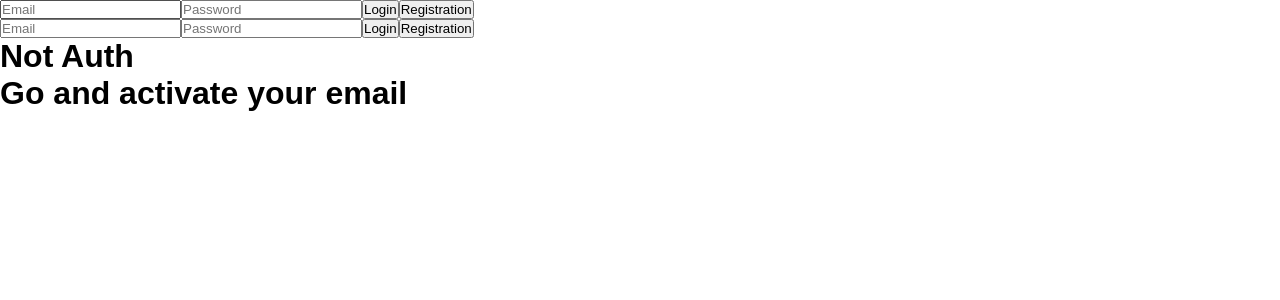
Repository: nika-otter/2048
Page: /login (app in client/)
The author's editor kept a copy of each file at every save. The page is drawn from the files as they stood at one save, then again after the next save.
The browser window is 1280 px wide. The pictures show the whole page.
The project was rebuilt for these pictures with package versions that can differ from the ones it lists, and the page was loaded fresh each time. Also part of the build but not shown: client/src/pages/account/index.jsx, client/src/components/GamePage/GamePage.module.scss, client/src/components/ScoreTable/ScoreTable.module.scss, client/src/components/ScoreTable/ScoreTable.jsx, client/src/components/Game/Tile.jsx, client/src/components/Game/Cell.jsx, client/src/helper/index.js, client/src/hooks/useEvent.jsx and 5 more. Imported but missing from the stored project, and not drawn on this page: client/src/components/InstructionPage/InstructionPage.

Above is the page before, as saved 2023-04-30 16:30:16.

After the next save:
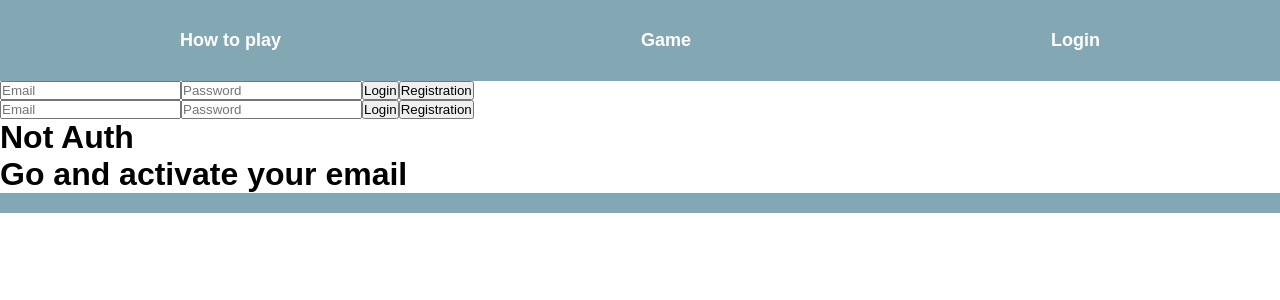
Saved 51 s later.
--- a/client/src/components/LoginPage/LoginPage.jsx
+++ b/client/src/components/LoginPage/LoginPage.jsx
@@ -5,6 +5,8 @@ import ScoreTable from "../ScoreTable/ScoreTable";
 import LoginForm from "../Login/LoginForm";
 import { useContext, useEffect, useState } from "react";
 import { Context } from "../..";
+import Header from "../Header/Header";
+import Footer from "../Footer/Footer";
 
 function LoginPage() {
   const { store } = useContext(Context);
@@ -23,24 +25,30 @@ function LoginPage() {
     return <div>Loading...</div>;
   }
   return (
-    <main className={classes.main}>
-      <div className={classes.gamepage}>
-        <LoginForm />
-        {store.isAuth ? <> </> : <LoginForm />}
+    <>
+      <Header />
+      <main className={classes.main}>
+        <div className={classes.gamepage}>
+          <LoginForm />
+          {store.isAuth ? <> </> : <LoginForm />}
 
-        <h1>{store.isAuth ? `User: ${store.user.email}` : "Not Auth"}</h1>
-        <h1>
-          {" "}
-          {store.user.isActivated ? `Activated` : "Go and activate your email"}
-        </h1>
-        {store.isAuth ? (
-          <button onClick={() => store.logout()}>Logout</button>
-        ) : (
-          <> </>
-        )}
-        {/* <ScoreTable /> */}
-      </div>
-    </main>
+          <h1>{store.isAuth ? `User: ${store.user.email}` : "Not Auth"}</h1>
+          <h1>
+            {" "}
+            {store.user.isActivated
+              ? `Activated`
+              : "Go and activate your email"}
+          </h1>
+          {store.isAuth ? (
+            <button onClick={() => store.logout()}>Logout</button>
+          ) : (
+            <> </>
+          )}
+          {/* <ScoreTable /> */}
+        </div>
+        <Footer />
+      </main>
+    </>
   );
 }
 
